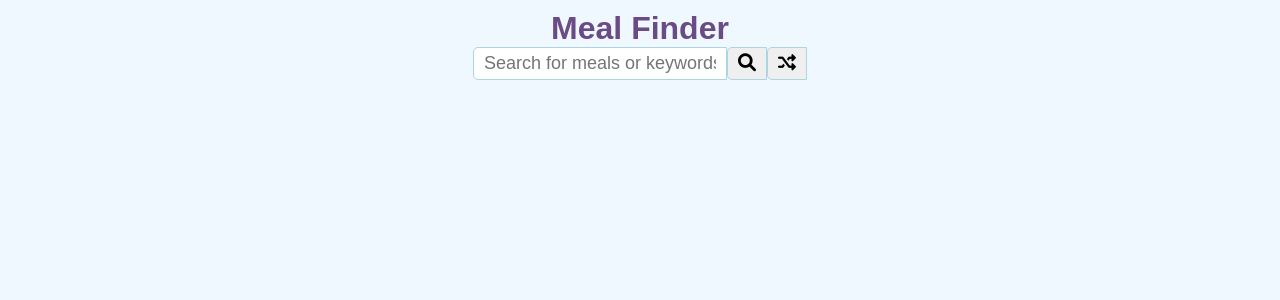
Repository: AbrorjonKuchkarov/search-meal
Page: index.html
These files come from the project's save history. The page is drawn as it stood at one moment and after the next save; the edit follows.
The browser window is 1280 px wide. The pictures show the whole page.

Above is the page before, as saved 2022-02-24 23:19:14.

After the next save:
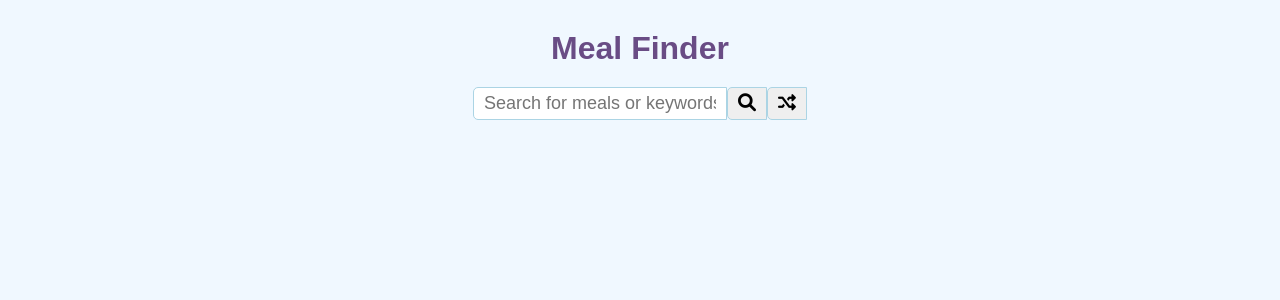
Saved 32 s later.
--- a/style.css
+++ b/style.css
@@ -24,6 +24,10 @@ body{
    display: flex;
 }
 
+h1{
+   margin: 20px 0;
+}
+
 input, button{
    margin: 0;
    border: 1px solid rgb(171, 212, 228);
@@ -31,4 +35,5 @@ input, button{
    border-bottom-left-radius: 5px;
    padding: 5px 10px;
    font-size: 18px;
+
 }
